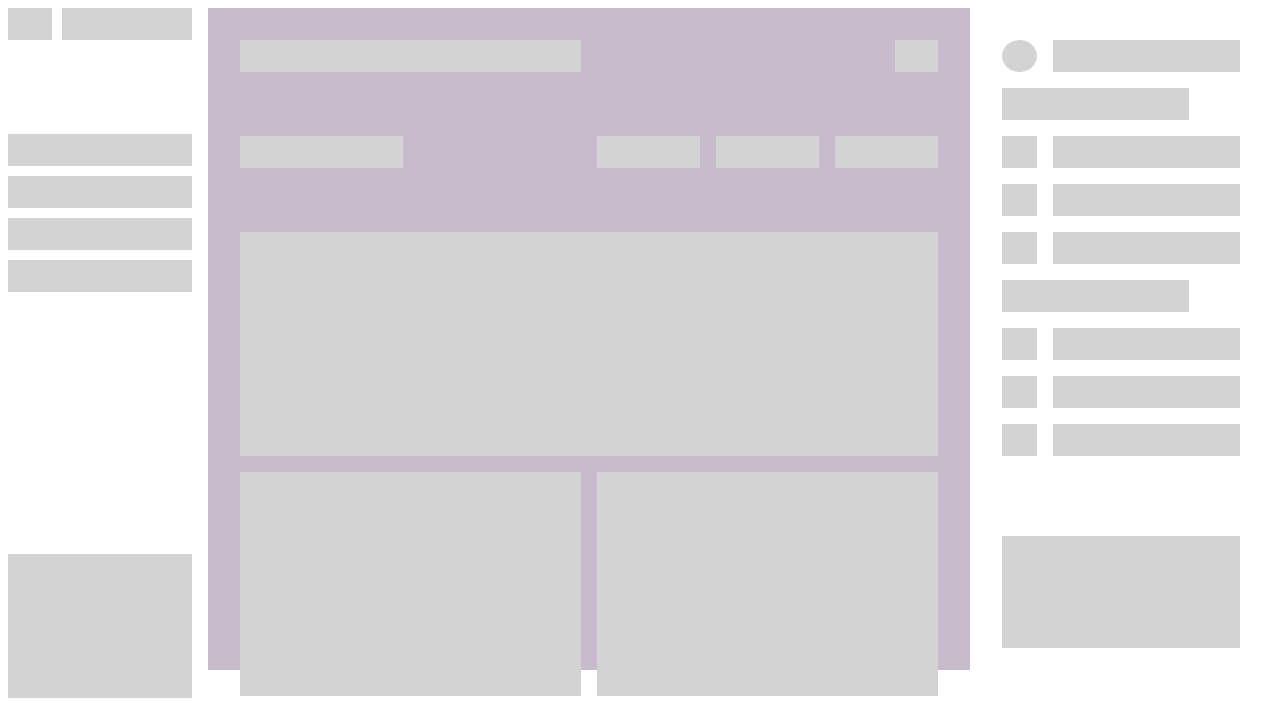
Repository: tr2cky/exercise2
Page: index.html
An editor plug-in stored every save of this project. The page is shown before and after the next save, followed by the edit.
The browser window is 1280 px wide. The pictures show the whole page.

Above is the page before, as saved 2022-10-01 19:10:10.

### index.html
<!DOCTYPE html>
<html lang="en">

<head>
    <meta charset="UTF-8">
    <meta http-equiv="X-UA-Compatible" content="IE=edge">
    <meta name="viewport" content="width=device-width, initial-scale=1.0">
    <link rel="stylesheet" href="style.css">
    <title>Document</title>
</head>

<body>
    <div class="container">
        <div class="side1">
        <div id="box1"></div>
        <div id="box2"></div>
        <div id="box3"></div>
        <div id="box4"></div>
        <div id="box5"></div>
        <div id="box6"></div>
        <div id="box7"></div>
        <div id="box8"></div>
        </div>
        <main>
            <div id="boxa"></div>
            <div id="boxb"></div>
            <div id="boxc"></div>
            <div id="boxd"></div>
            <div id="boxe"></div>
            <div id="boxf"></div>
            <div id="boxg"></div>
            <div id="boxh"></div>
            <div id="boxj"></div>
        </main>
        <div class="side2">
            <div id="box21"></div>
            <div id="box22"></div>
            <div id="box23"></div>
            <div id="box24"></div>
            <div id="box25"></div>
            <div id="box26"></div>
            <div id="box27"></div>
            <div id="box28"></div>
            <div id="box29"></div>
            <div id="box30"></div>
            <div id="box31"></div>
            <div id="box32"></div>
            <div id="box33"></div>
            <div id="box34"></div>
            <div id="box35"></div>
            <div id="box36"></div>
            <div id="box37"></div>
        </div>
    </div>
</body>

</html>

### style.css
.container {
    display: flex;
    flex-direction: row;
    height: 92vh;
}

main {
    flex-grow: 3;
    background-color: rgb(199, 188, 204);
    display: grid;
    grid-template-columns: repeat(12, 1fr);
    grid-auto-rows: 2em;
    grid-gap: 1em;
    padding: 2em;
}

.side1 {
    flex-grow: 1;
    display: grid;
    grid-template-columns: 1fr 3fr;
    grid-auto-rows: 2em;
    grid-gap: 10px;
    margin-right: 1em;
}

.side2 {
    flex-grow: 1;
}

.side1 div,
main div,
.side2 div {
    background-color: lightgray;
}

#box3 {
    grid-column: 1/3;
    grid-row: 8;
    justify-self: start;
}

#box4 {
    grid-column: 1/3;
    grid-row: 4;
}

#box5 {
    grid-column: 1/3;
    grid-row: 5;
}

#box6 {
    grid-column: 1/3;
    grid-row: 6;
}

#box7 {
    grid-column: 1/3;
    grid-row: 7;
}

#box8 {
    grid-column: 1/3;
    grid-row: 14;
    height: 9em;
}

#boxa {
    grid-column: 1/7;
}

#boxb {
    grid-column: 12;
}

#boxc {
    grid-column: 1/4;
    grid-row: 3;
}
#boxd {
    grid-column: 7/9;
    grid-row: 3;
}
#boxe {
    grid-column: 9/11;
    grid-row: 3;
}
#boxf {
    grid-column: 11/13;
    grid-row: 3;
}
#boxg {
    grid-row: 5/10;
    grid-column: 1/13
}
#boxh {
    grid-row: 10/15;
    grid-column: 1/7;
}
#boxj {
    grid-row: 10/15;
    grid-column: 7/13;
}
.side2 {
    display: grid;
    grid-template-columns: repeat(5, 1fr);
    grid-gap: 1em;
    grid-auto-rows: 2em;
    padding: 2em;
}
#box21 {
    border-radius: 50%;
}
#box22 {
    grid-area: 1 / 2 / 1 / 6;
}
#box23, #box30 {
    grid-column: 1/5
}
#box24, #box26, #box28, #box31, #box33, #box35 {
    grid-column: 1;
}
#box25, #box27, #box29, #box32, #box34, #box36 {
    grid-column: 2/6;
}
#box37 {
    grid-column: 1/6;
    grid-row-end: span 4;
    margin-top: 4rem;
}

After the next save:
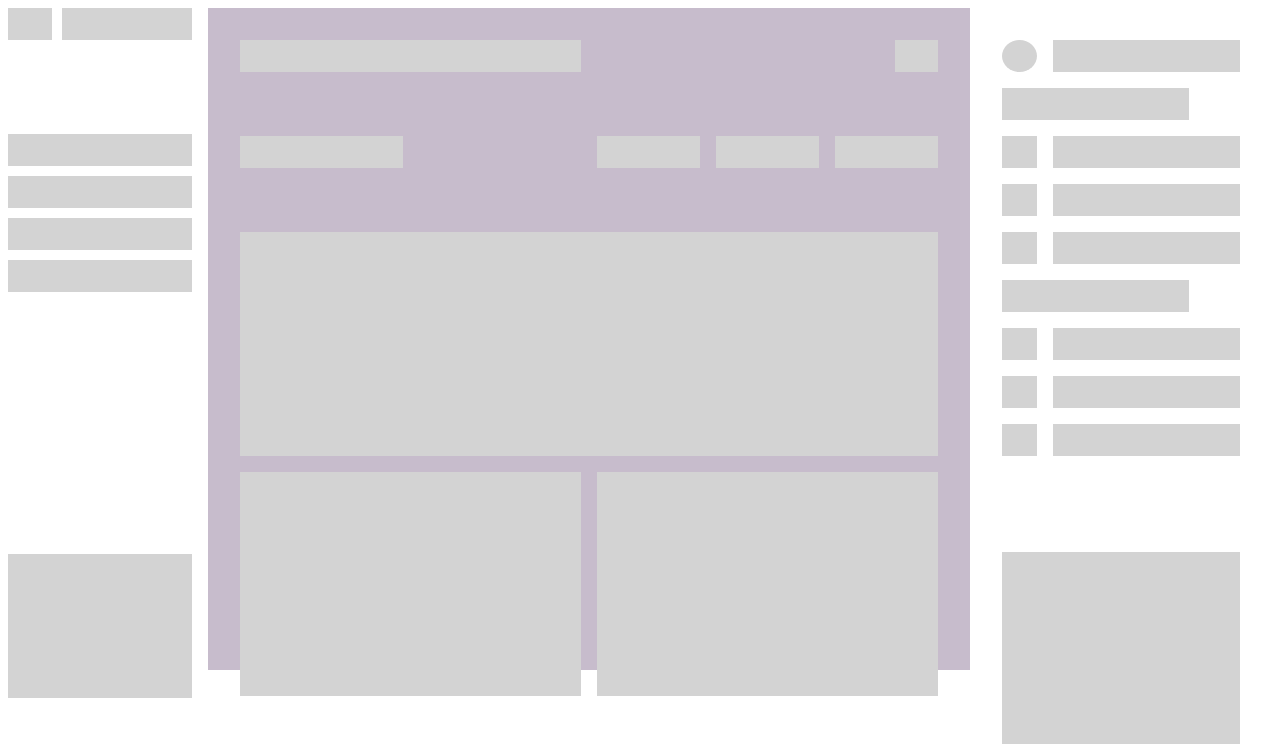
Saved 18 s later.
--- a/style.css
+++ b/style.css
@@ -125,6 +125,6 @@ main div,
 }
 #box37 {
     grid-column: 1/6;
-    grid-row-end: span 4;
-    margin-top: 4rem;
+    grid-row-end: span 6;
+    margin-top: 5rem;
 }
